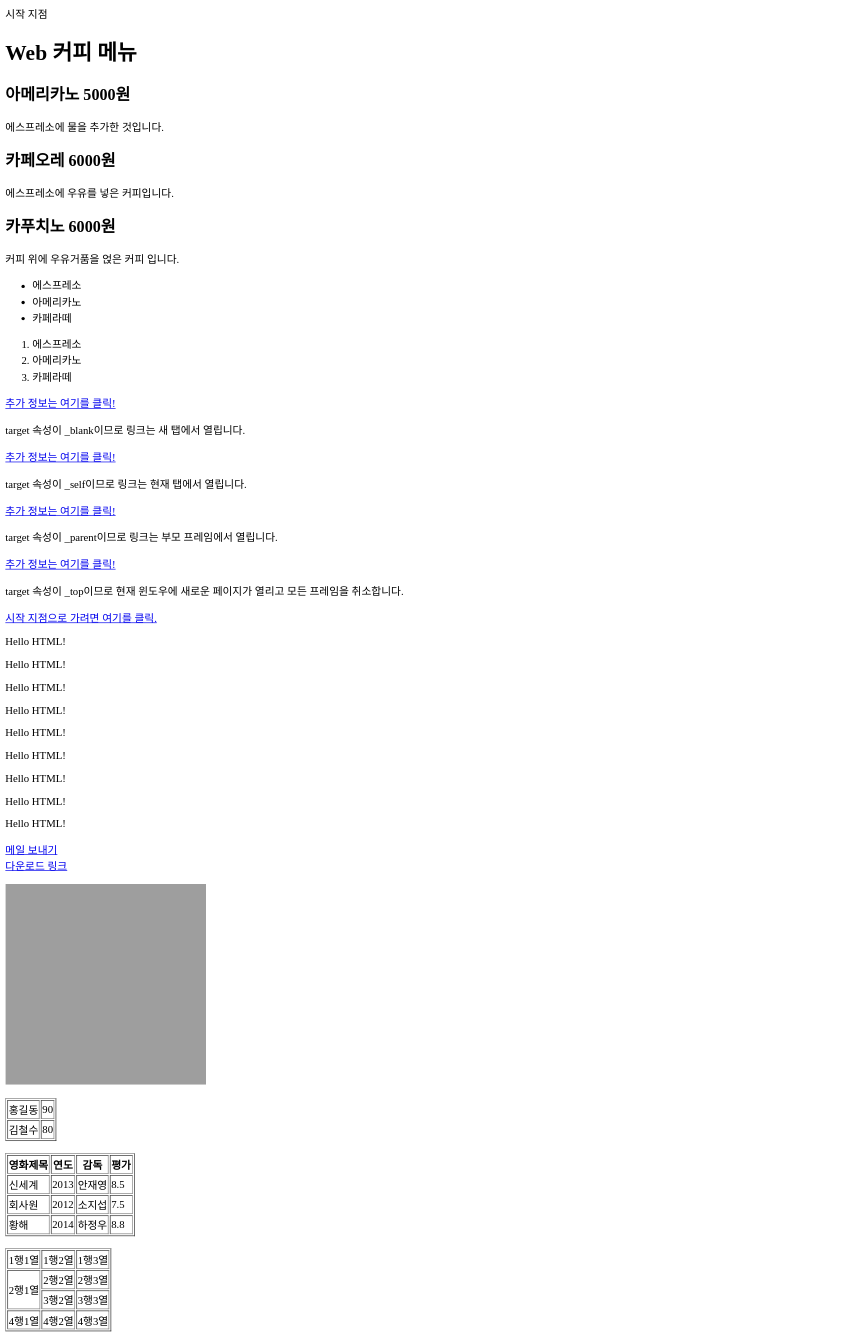
Repository: dhbaek2004/JSPex
Page: http://localhost/UX/UX_01.jsp
The author's editor kept a copy of each file at every save. The page is drawn from the files as they stood at one save, then again after the next save.
The browser window is 1280 px wide. The pictures show the whole page, at 67% of full size.
Pictures or frames that could not be fetched are drawn as grey boxes. The page is served by Tomcat 9.

Above is the page before, as saved 2020-08-25 09:59:18.

After the next save:
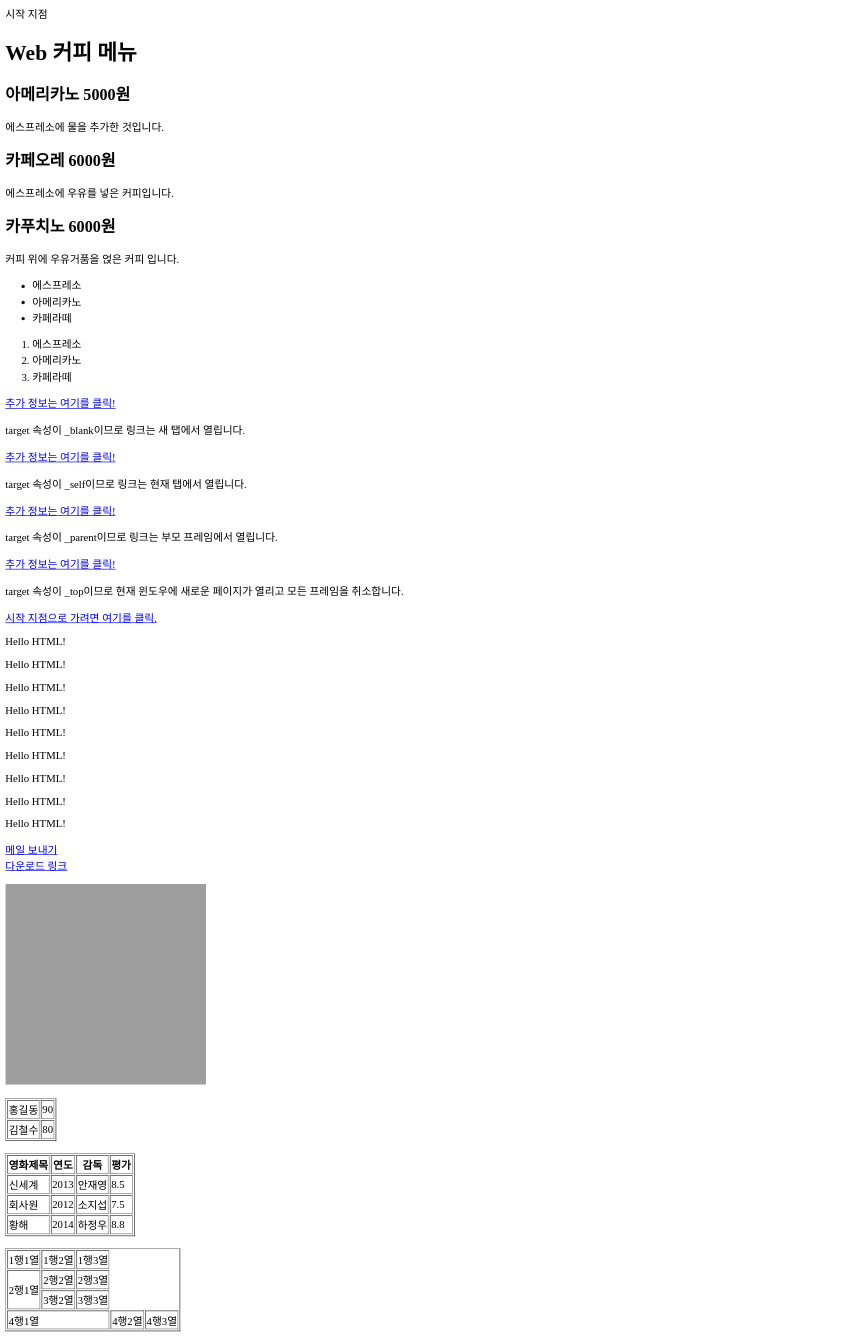
Saved 18 s later.
--- a/Infrearn/UX/UX/WebContent/UX_01.jsp
+++ b/Infrearn/UX/UX/WebContent/UX_01.jsp
@@ -121,7 +121,7 @@
 			<td>3행3열</td>
 		</tr>
 		<tr>
-			<td>4행1열</td>
+			<td colspan="3">4행1열</td>
 			<td>4행2열</td>
 			<td>4행3열</td>
 		</tr>
